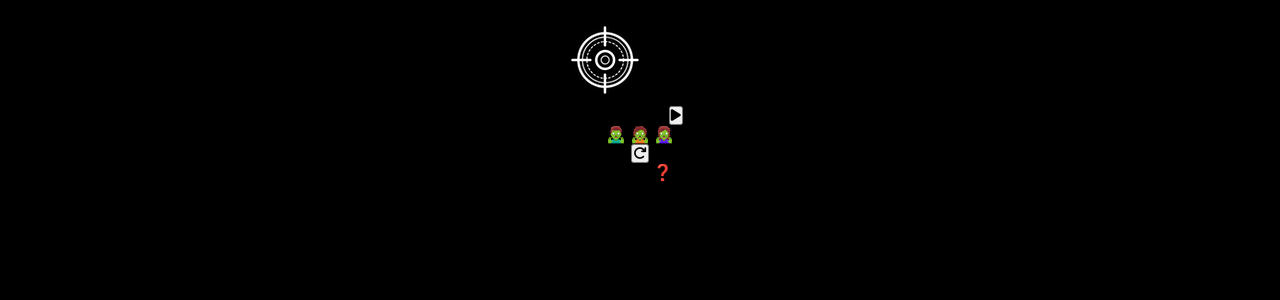
Repository: MrJinkyu/ZombieGame
Page: index.html
An editor plug-in stored every save of this project. The page is shown before and after the next save, followed by the edit.
The browser window is 1280 px wide. The pictures show the whole page.
Some web libraries are served in a nearby version.

Above is the page before, as saved 2023-04-08 21:50:33.

After the next save:
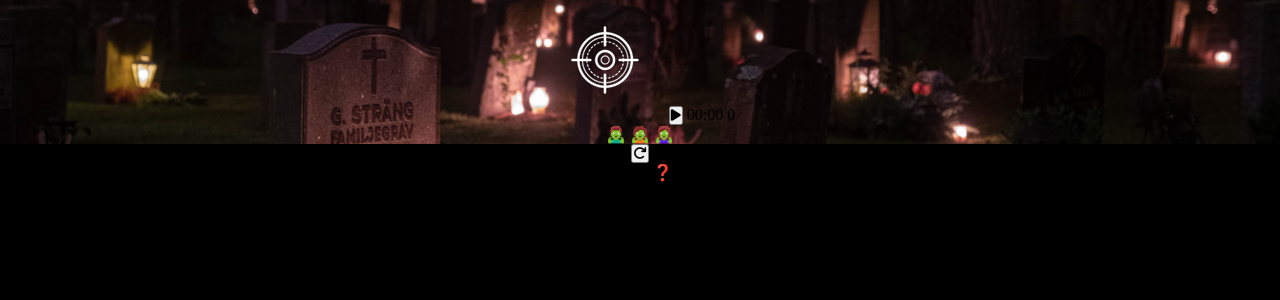
Saved 40 s later.
--- a/style.css
+++ b/style.css
@@ -10,5 +10,5 @@ body{
 }
 
 .game{
-    background: url('img/background.jpg') cover/contain;
+    background: url('img/background.jpg') center/cover;
 }
